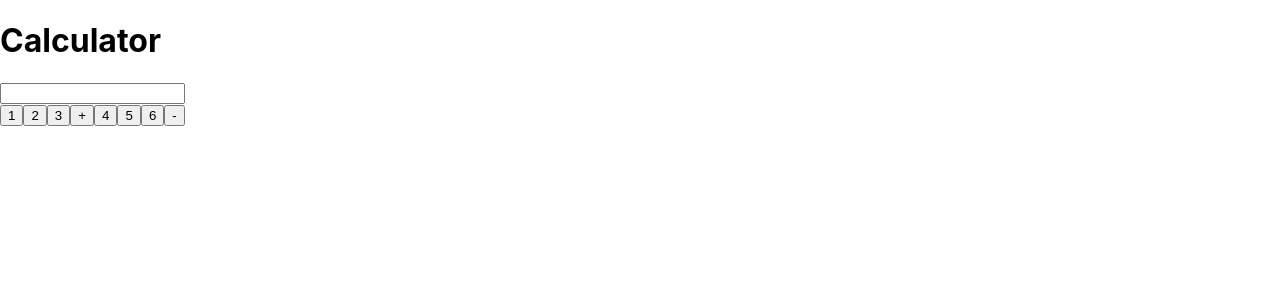
Repository: thesaherriaz/Calculator-React
Page: /
These files come from the project's save history. The page is drawn as it stood at one moment and after a run of saves; the edit follows.
The browser window is 1280 px wide. The pictures show the whole page.
The project was rebuilt for these pictures with package versions that can differ from the ones it lists, and the page was loaded fresh each time.

Above is the page before, as saved 2025-06-18 14:10:38.

After the next 4 saves:
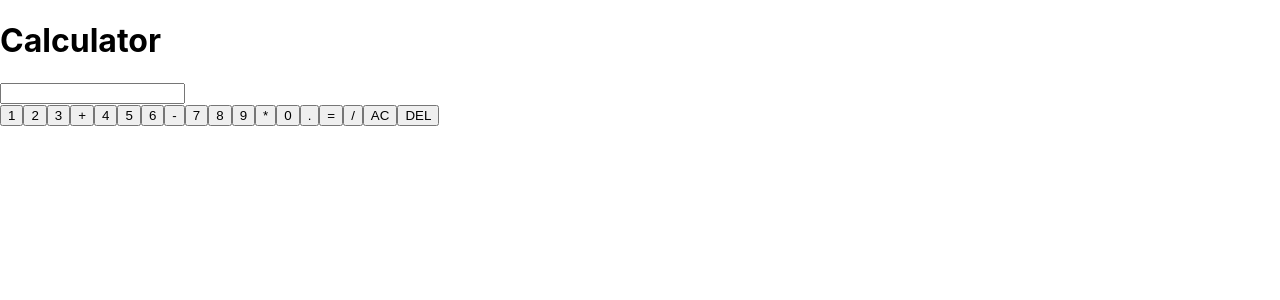
The 4 saves are shown as one change because they came seconds apart.
The last was saved 13 s later.
--- a/src/compnents/Calculator.jsx
+++ b/src/compnents/Calculator.jsx
@@ -15,6 +15,16 @@ function Calculator() {
                 <button>5</button>
                 <button>6</button>
                 <button>-</button>
+                <button>7</button>
+                <button>8</button>
+                <button>9</button>
+                <button>*</button>
+                <button>0</button>
+                <button>.</button>
+                <button>=</button>
+                <button>/</button>
+                <button>AC</button>
+                <button>DEL</button>
             </div>
         </div>
     </>
